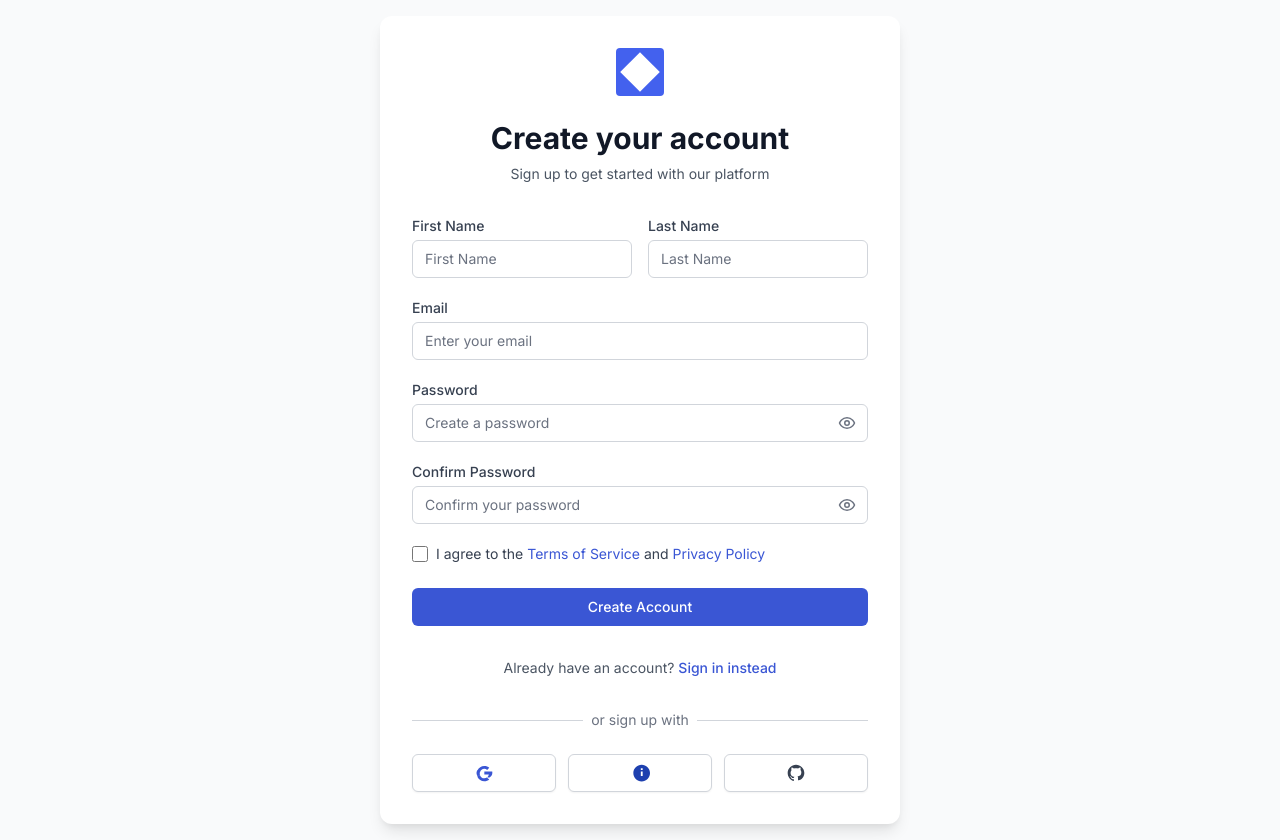
Repository: StoyanStoyanov1/DHS-Team
Page: /auth/register (app in dhs-admin-panel/)
An editor plug-in stored every save of this project. The page is shown before and after the next save, followed by the edit.
The browser window is 1280 px wide. The pictures show the whole page.
The project was rebuilt for these pictures with package versions that can differ from the ones it lists, and the page was loaded fresh each time. The framework's server and built-in components were replaced by stand-ins that run in the browser. Also part of the build but not shown: dhs-admin-panel/next.config.ts, dhs-admin-panel/src/app/components/SearchBar.tsx, dhs-admin-panel/src/app/components/Header.tsx, dhs-admin-panel/src/app/components/NavItem.tsx, dhs-admin-panel/src/app/components/Sidebar.tsx.

Above is the page before, as saved 2025-04-23 08:42:45.

### dhs-admin-panel/src/app/layout.tsx
import type { Metadata } from 'next';
import { Inter } from 'next/font/google';
import './globals.css';
import DashboardLayout from './components/Layout';

const inter = Inter({ subsets: ['latin'] });

export const metadata: Metadata = {
    title: 'Admin Dashboard',
    description: 'NextJS Admin Dashboard',
};

export default function RootLayout({
                                       children,
                                   }: {
    children: React.ReactNode
}) {
    return (
        <html lang="en">
        <body className={inter.className}>
        <DashboardLayout>
            {children}
        </DashboardLayout>
        </body>
        </html>
    );
}

### dhs-admin-panel/src/app/auth/register/page.tsx
'use client';

import React, { useState } from 'react';
import { useRouter } from 'next/navigation';
import { Eye, EyeOff } from 'lucide-react';
import Link from 'next/link';

export default function RegisterPage() {
    const router = useRouter();
    const [showPassword, setShowPassword] = useState(false);
    const [showConfirmPassword, setShowConfirmPassword] = useState(false);

    return (
        <div className="auth-page-container min-h-screen flex items-center justify-center bg-gray-50 p-4">
            <div className="max-w-md w-full space-y-8 p-8 bg-white rounded-xl shadow-lg">
                <div className="text-center">
                    <div className="flex justify-center">
                        <div className="h-12 w-12 rounded bg-blue-500 flex items-center justify-center">
                            <div className="w-7 h-7 bg-white transform rotate-45"></div>
                        </div>
                    </div>
                    <h2 className="mt-6 text-3xl font-bold text-gray-900">
                        Create your account
                    </h2>
                    <p className="mt-2 text-sm text-gray-600">
                        Sign up to get started with our platform
                    </p>
                </div>

                <form className="mt-8 space-y-6">
                    <div className="space-y-5">
                        <div className="grid grid-cols-2 gap-4">
                            <div>
                                <label htmlFor="firstName" className="block text-sm font-medium text-gray-700 mb-1">
                                    First Name
                                </label>
                                <input
                                    id="firstName"
                                    name="firstName"
                                    type="text"
                                    required
                                    className="appearance-none relative block w-full px-3 py-2 border border-gray-300 placeholder-gray-500 text-gray-900 rounded-md focus:outline-none focus:ring-blue-500 focus:border-blue-500 sm:text-sm"
                                    placeholder="First Name"
                                />
                            </div>
                            <div>
                                <label htmlFor="lastName" className="block text-sm font-medium text-gray-700 mb-1">
                                    Last Name
                                </label>
                                <input
                                    id="lastName"
                                    name="lastName"
                                    type="text"
                                    required
                                    className="appearance-none relative block w-full px-3 py-2 border border-gray-300 placeholder-gray-500 text-gray-900 rounded-md focus:outline-none focus:ring-blue-500 focus:border-blue-500 sm:text-sm"
                                    placeholder="Last Name"
                                />
                            </div>
                        </div>

                        <div>
                            <label htmlFor="email" className="block text-sm font-medium text-gray-700 mb-1">
                                Email
                            </label>
                            <input
                                id="email"
                                name="email"
                                type="email"
                                required
                                className="appearance-none relative block w-full px-3 py-2 border border-gray-300 placeholder-gray-500 text-gray-900 rounded-md focus:outline-none focus:ring-blue-500 focus:border-blue-500 sm:text-sm"
                                placeholder="Enter your email"
                            />
                        </div>

                        <div>
                            <label htmlFor="password" className="block text-sm font-medium text-gray-700 mb-1">
                                Password
                            </label>
                            <div className="relative">
                                <input
                                    id="password"
                                    name="password"
                                    type={showPassword ? "text" : "password"}
                                    required
                                    className="appearance-none relative block w-full px-3 py-2 border border-gray-300 placeholder-gray-500 text-gray-900 rounded-md focus:outline-none focus:ring-blue-500 focus:border-blue-500 sm:text-sm"
                                    placeholder="Create a password"
                                />
                                <button
                                    type="button"
                                    className="absolute inset-y-0 right-0 pr-3 flex items-center text-gray-500 cursor-pointer"
                                    onClick={() => setShowPassword(!showPassword)}
                                >
                                    {showPassword ? <EyeOff size={18} /> : <Eye size={18} />}
                                </button>
                            </div>
                        </div>

                        <div>
                            <label htmlFor="confirmPassword" className="block text-sm font-medium text-gray-700 mb-1">
                                Confirm Password
                            </label>
                            <div className="relative">
                                <input
                                    id="confirmPassword"
                                    name="confirmPassword"
                                    type={showConfirmPassword ? "text" : "password"}
                                    required
                                    className="appearance-none relative block w-full px-3 py-2 border border-gray-300 placeholder-gray-500 text-gray-900 rounded-md focus:outline-none focus:ring-blue-500 focus:border-blue-500 sm:text-sm"
                                    placeholder="Confirm your password"
                                />
                                <button
                                    type="button"
                                    className="absolute inset-y-0 right-0 pr-3 flex items-center text-gray-500 cursor-pointer"
                                    onClick={() => setShowConfirmPassword(!showConfirmPassword)}
                                >
                                    {showConfirmPassword ? <EyeOff size={18} /> : <Eye size={18} />}
                                </button>
                            </div>
                        </div>

                        <div className="flex items-center">
                            <input
                                id="terms"
                                name="terms"
                                type="checkbox"
                                required
                                className="h-4 w-4 text-blue-600 focus:ring-blue-500 border-gray-300 rounded"
                            />
                            <label htmlFor="terms" className="ml-2 block text-sm text-gray-700">
                                I agree to the <a href="#" className="text-blue-600 hover:text-blue-500">Terms of Service</a> and <a href="#" className="text-blue-600 hover:text-blue-500">Privacy Policy</a>
                            </label>
                        </div>
                    </div>

                    <button
                        type="submit"
                        className="group relative w-full flex justify-center py-2 px-4 border border-transparent text-sm font-medium rounded-md text-white bg-blue-600 hover:bg-blue-700 focus:outline-none focus:ring-2 focus:ring-offset-2 focus:ring-blue-500"
                    >
                        Create Account
                    </button>
                </form>

                <div className="mt-6 text-center">
                    <p className="text-sm text-gray-600">
                        Already have an account? {' '}
                        <Link href="/auth/login" className="font-medium text-blue-600 hover:text-blue-500">
                            Sign in instead
                        </Link>
                    </p>
                </div>

                <div className="mt-6">
                    <div className="relative">
                        <div className="absolute inset-0 flex items-center">
                            <div className="w-full border-t border-gray-300"></div>
                        </div>
                        <div className="relative flex justify-center text-sm">
                            <span className="px-2 bg-white text-gray-500">
                                or sign up with
                            </span>
                        </div>
                    </div>

                    <div className="mt-6 grid grid-cols-3 gap-3">
                        <button
                            type="button"
                            className="w-full inline-flex justify-center py-2 px-4 border border-gray-300 rounded-md shadow-sm bg-white text-sm font-medium text-gray-500 hover:bg-gray-50"
                        >
                            <svg className="h-5 w-5 text-blue-600" fill="currentColor" viewBox="0 0 24 24" aria-hidden="true">
                                <path d="M22,12.1c0-0.6,0-1.3-0.1-1.9h-9.5v3.7h5.4c-0.2,1.4-1,2.6-2,3.4l0,0.2h2.9C20.9,15.9,22,14.2,22,12.1z" />
                                <path d="M12.3,22c2.4,0,4.5-0.8,6-2.2l-2.9-2.3c-0.8,0.5-1.9,0.9-3.1,0.9c-2.4,0-4.4-1.6-5.1-3.8H4.2v2.3C5.7,19.9,8.8,22,12.3,22z" />
                                <path d="M7.2,14.6c-0.2-0.6-0.3-1.2-0.3-1.9c0-0.7,0.1-1.3,0.3-1.9V8.5H4.2C3.4,9.6,3,10.8,3,12.1s0.4,2.5,1.2,3.6L7.2,14.6z" />
                                <path d="M12.3,7c1.4,0,2.6,0.5,3.5,1.3l0,0l2.5-2.5l0,0C16.9,4.5,14.8,3.7,12.3,3.7c-3.5,0-6.6,2.1-8.1,5.1l3,2.3C7.9,8.6,10,7,12.3,7z" />
                            </svg>
                        </button>

                        <button
                            type="button"
                            className="w-full inline-flex justify-center py-2 px-4 border border-gray-300 rounded-md shadow-sm bg-white text-sm font-medium text-gray-500 hover:bg-gray-50"
                        >
                            <svg className="h-5 w-5 text-blue-800" fill="currentColor" viewBox="0 0 24 24" aria-hidden="true">
                                <path d="M24,12.1c0,5.5-4.5,10-10,10S4,17.6,4,12.1C4,6.6,8.5,2.1,14,2.1S24,6.6,24,12.1z M13,8.3h2.2v-2h-2.2v2z M13,15.5h2.2v-5.4H13V15.5z" />
                            </svg>
                        </button>

                        <button
                            type="button"
                            className="w-full inline-flex justify-center py-2 px-4 border border-gray-300 rounded-md shadow-sm bg-white text-sm font-medium text-gray-500 hover:bg-gray-50"
                        >
                            <svg className="h-5 w-5 text-gray-700" fill="currentColor" viewBox="0 0 24 24" aria-hidden="true">
                                <path fillRule="evenodd" d="M12,2.1c-5.5,0-10,4.5-10,10c0,4.4,2.9,8.2,6.8,9.5c0.5,0.1,0.7-0.2,0.7-0.5c0-0.2,0-0.9,0-1.7c-2.8,0.6-3.4-1.3-3.4-1.3C5.7,17,5,16.6,5,16.6c-0.9-0.6,0.1-0.6,0.1-0.6c1,0.1,1.5,1,1.5,1c0.9,1.5,2.3,1.1,2.9,0.8c0.1-0.6,0.3-1.1,0.6-1.3c-2.2-0.3-4.6-1.1-4.6-4.9c0-1.1,0.4-2,1-2.7C6.5,8.1,6.2,7,6.7,5.5c0,0,0.8-0.3,2.8,1c0.8-0.2,1.7-0.3,2.5-0.3s1.7,0.1,2.5,0.3c1.9-1.3,2.8-1,2.8-1c0.5,1.4,0.2,2.5,0.1,2.8c0.6,0.7,1,1.6,1,2.7c0,3.8-2.3,4.7-4.6,4.9c0.3,0.3,0.6,0.9,0.6,1.8c0,1.3,0,2.3,0,2.6c0,0.3,0.2,0.6,0.7,0.5C19.1,20.3,22,16.5,22,12.1C22,6.6,17.5,2.1,12,2.1z" clipRule="evenodd" />
                            </svg>
                        </button>
                    </div>
                </div>
            </div>
        </div>
    );
}

### dhs-admin-panel/src/app/globals.css
@tailwind base;
@tailwind components;
@tailwind utilities;

:root {
  --background: #ffffff;
  --foreground: #171717;
}

@theme inline {
  --color-background: var(--background);
  --color-foreground: var(--foreground);
  --font-sans: var(--font-geist-sans);
  --font-mono: var(--font-geist-mono);
}

@media (prefers-color-scheme: dark) {
  :root {
    --background: #0a0a0a;
    --foreground: #ededed;
  }
}

html, body {
  background: var(--background);
  color: var(--foreground);
  font-family: Arial, Helvetica, sans-serif;
  height: 100%;
  width: 100%;
  margin: 0;
  padding: 0;
}

.auth-page-container {
  min-height: 100vh;
  display: flex;
  flex-direction: column;
}

/* Максимална широчина на контейнера за auth страниците */
.auth-page-container > div {
  max-width: 480px;
  width: 100%;
}

/* Адаптивност при по-големи екрани */
@media (min-width: 1280px) {
  .auth-page-container > div {
    max-width: 520px;
  }
}

@media (min-width: 1536px) {
  .auth-page-container > div {
    max-width: 580px;
  }
}

### dhs-admin-panel/src/app/components/Layout.tsx
'use client';

import { useState, ReactNode } from 'react';
import { usePathname } from 'next/navigation';
import Header from './Header';
import Sidebar from './Sidebar';

interface DashboardLayoutProps {
    children: ReactNode;
}

const Layout: React.FC<DashboardLayoutProps> = ({ children }) => {
    const [activeSection, setActiveSection] = useState<string>('dashboards');
    const [isSidebarCollapsed, setIsSidebarCollapsed] = useState(false);
    const pathname = usePathname();

    const isAuthPage = pathname?.startsWith('/auth');

    if (isAuthPage) {
        return <>{children}</>;
    }

    return (
        <div className="flex h-screen bg-gray-50">
            <Sidebar
                activeSection={activeSection}
                setActiveSection={setActiveSection}
                isCollapsed={isSidebarCollapsed}
                toggleCollapse={() => setIsSidebarCollapsed(!isSidebarCollapsed)}
            />

            <div className="flex-1">
                <Header />

                <main className="p-6 mx-auto w-full">
                    <div className="max-w-7xl mx-auto w-full">
                        {children}
                    </div>
                </main>
            </div>
        </div>
    );
};

export default Layout;

### dhs-admin-panel/tailwind.config.js
/** @type {import('tailwindcss').Config} */
module.exports = {
    content: [
        './src/components/**/*.{js,ts,jsx,tsx,mdx}',
        './src/app/**/*.{js,ts,jsx,tsx,mdx}',
    ],
    theme: {
        extend: {
            colors: {
                blue: {
                    50: '#eff6ff',
                    100: '#dbeafe',
                    200: '#bfdbfe',
                    300: '#93c5fd',
                    400: '#60a5fa',
                    500: '#4361ee',
                    600: '#3a56d4',
                    700: '#1d4ed8',
                    800: '#1e40af',
                    900: '#1e3a8a',
                    950: '#172554',
                },
                gray: {
                    50: '#f9fafb',
                    100: '#f3f4f6',
                    200: '#e5e7eb',
                    300: '#d1d5db',
                    400: '#9ca3af',
                    500: '#6b7280',
                    600: '#4b5563',
                    700: '#374151',
                    800: '#1f2937',
                    900: '#111827',
                    950: '#030712',
                },
                purple: {
                    50: '#faf5ff',
                    100: '#f3e8ff',
                    500: '#8b5cf6',
                    600: '#7c3aed',
                },
                green: {
                    50: '#f0fdf4',
                    100: '#dcfce7',
                    500: '#22c55e',
                    600: '#16a34a',
                },
                red: {
                    50: '#fef2f2',
                    100: '#fee2e2',
                    500: '#ef4444',
                    600: '#dc2626',
                },
                yellow: {
                    50: '#fffbeb',
                    100: '#fef3c7',
                    500: '#eab308',
                    600: '#ca8a04',
                },
            },
            boxShadow: {
                'sm': '0 1px 2px 0 rgba(0, 0, 0, 0.05)',
                'DEFAULT': '0 1px 3px 0 rgba(0, 0, 0, 0.1), 0 1px 2px 0 rgba(0, 0, 0, 0.06)',
                'md': '0 4px 6px -1px rgba(0, 0, 0, 0.1), 0 2px 4px -1px rgba(0, 0, 0, 0.06)',
                'lg': '0 10px 15px -3px rgba(0, 0, 0, 0.1), 0 4px 6px -2px rgba(0, 0, 0, 0.05)',
                'xl': '0 20px 25px -5px rgba(0, 0, 0, 0.1), 0 10px 10px -5px rgba(0, 0, 0, 0.04)',
            },
            borderRadius: {
                'lg': '0.625rem',
                'xl': '0.75rem',
                '2xl': '1rem',
            },
            animation: {
                'fade-in': 'fade-in 0.3s ease-in-out',
                'slide-in': 'slide-in 0.3s ease-in-out',
            },
            keyframes: {
                'fade-in': {
                    '0%': { opacity: '0' },
                    '100%': { opacity: '1' },
                },
                'slide-in': {
                    '0%': { transform: 'translateX(-10px)', opacity: '0' },
                    '100%': { transform: 'translateX(0)', opacity: '1' },
                },
            },
            transitionDuration: {
                '400': '400ms',
            }
        },
    },
    plugins: [],
}

After the next save:
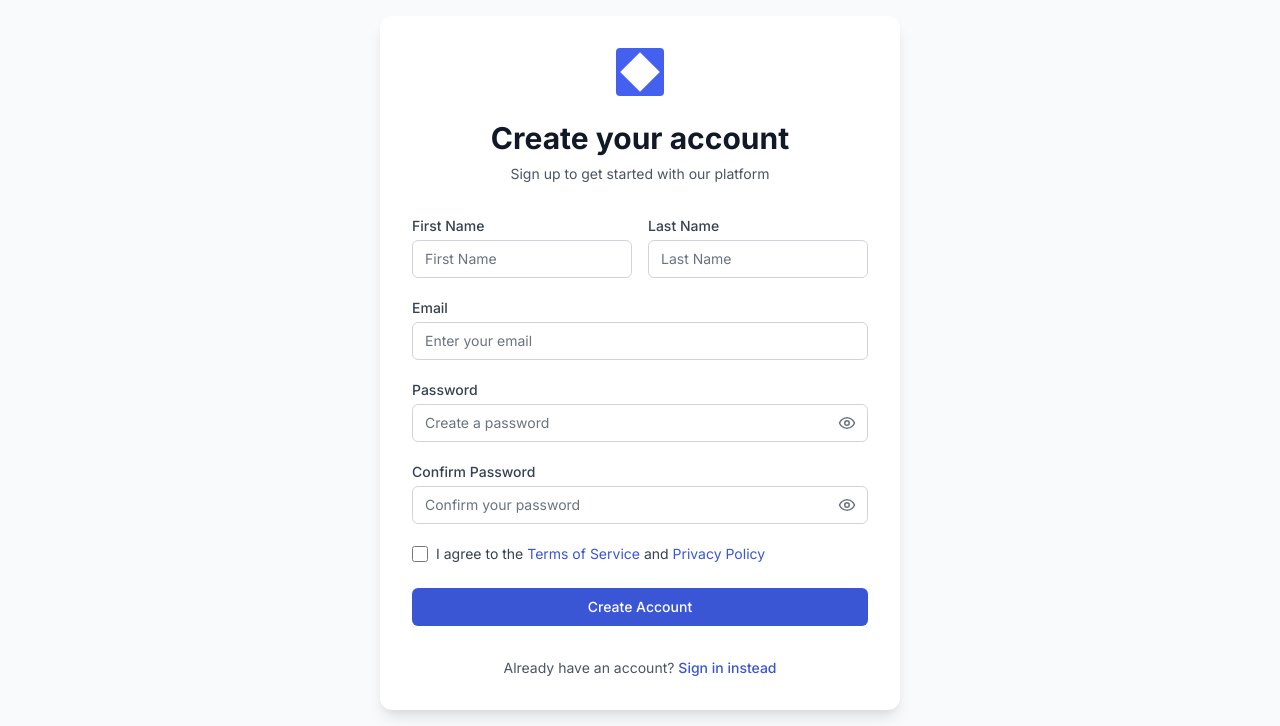
Saved 64 s later.
--- a/dhs-admin-panel/src/app/auth/register/page.tsx
+++ b/dhs-admin-panel/src/app/auth/register/page.tsx
@@ -12,7 +12,7 @@ export default function RegisterPage() {
 
     return (
         <div className="auth-page-container min-h-screen flex items-center justify-center bg-gray-50 p-4">
-            <div className="max-w-md w-full space-y-8 p-8 bg-white rounded-xl shadow-lg">
+            <div className="w-full space-y-8 p-8 bg-white rounded-xl shadow-lg">
                 <div className="text-center">
                     <div className="flex justify-center">
                         <div className="h-12 w-12 rounded bg-blue-500 flex items-center justify-center">
@@ -148,51 +148,6 @@ export default function RegisterPage() {
                         </Link>
                     </p>
                 </div>
-
-                <div className="mt-6">
-                    <div className="relative">
-                        <div className="absolute inset-0 flex items-center">
-                            <div className="w-full border-t border-gray-300"></div>
-                        </div>
-                        <div className="relative flex justify-center text-sm">
-                            <span className="px-2 bg-white text-gray-500">
-                                or sign up with
-                            </span>
-                        </div>
-                    </div>
-
-                    <div className="mt-6 grid grid-cols-3 gap-3">
-                        <button
-                            type="button"
-                            className="w-full inline-flex justify-center py-2 px-4 border border-gray-300 rounded-md shadow-sm bg-white text-sm font-medium text-gray-500 hover:bg-gray-50"
-                        >
-                            <svg className="h-5 w-5 text-blue-600" fill="currentColor" viewBox="0 0 24 24" aria-hidden="true">
-                                <path d="M22,12.1c0-0.6,0-1.3-0.1-1.9h-9.5v3.7h5.4c-0.2,1.4-1,2.6-2,3.4l0,0.2h2.9C20.9,15.9,22,14.2,22,12.1z" />
-                                <path d="M12.3,22c2.4,0,4.5-0.8,6-2.2l-2.9-2.3c-0.8,0.5-1.9,0.9-3.1,0.9c-2.4,0-4.4-1.6-5.1-3.8H4.2v2.3C5.7,19.9,8.8,22,12.3,22z" />
-                                <path d="M7.2,14.6c-0.2-0.6-0.3-1.2-0.3-1.9c0-0.7,0.1-1.3,0.3-1.9V8.5H4.2C3.4,9.6,3,10.8,3,12.1s0.4,2.5,1.2,3.6L7.2,14.6z" />
-                                <path d="M12.3,7c1.4,0,2.6,0.5,3.5,1.3l0,0l2.5-2.5l0,0C16.9,4.5,14.8,3.7,12.3,3.7c-3.5,0-6.6,2.1-8.1,5.1l3,2.3C7.9,8.6,10,7,12.3,7z" />
-                            </svg>
-                        </button>
-
-                        <button
-                            type="button"
-                            className="w-full inline-flex justify-center py-2 px-4 border border-gray-300 rounded-md shadow-sm bg-white text-sm font-medium text-gray-500 hover:bg-gray-50"
-                        >
-                            <svg className="h-5 w-5 text-blue-800" fill="currentColor" viewBox="0 0 24 24" aria-hidden="true">
-                                <path d="M24,12.1c0,5.5-4.5,10-10,10S4,17.6,4,12.1C4,6.6,8.5,2.1,14,2.1S24,6.6,24,12.1z M13,8.3h2.2v-2h-2.2v2z M13,15.5h2.2v-5.4H13V15.5z" />
-                            </svg>
-                        </button>
-
-                        <button
-                            type="button"
-                            className="w-full inline-flex justify-center py-2 px-4 border border-gray-300 rounded-md shadow-sm bg-white text-sm font-medium text-gray-500 hover:bg-gray-50"
-                        >
-                            <svg className="h-5 w-5 text-gray-700" fill="currentColor" viewBox="0 0 24 24" aria-hidden="true">
-                                <path fillRule="evenodd" d="M12,2.1c-5.5,0-10,4.5-10,10c0,4.4,2.9,8.2,6.8,9.5c0.5,0.1,0.7-0.2,0.7-0.5c0-0.2,0-0.9,0-1.7c-2.8,0.6-3.4-1.3-3.4-1.3C5.7,17,5,16.6,5,16.6c-0.9-0.6,0.1-0.6,0.1-0.6c1,0.1,1.5,1,1.5,1c0.9,1.5,2.3,1.1,2.9,0.8c0.1-0.6,0.3-1.1,0.6-1.3c-2.2-0.3-4.6-1.1-4.6-4.9c0-1.1,0.4-2,1-2.7C6.5,8.1,6.2,7,6.7,5.5c0,0,0.8-0.3,2.8,1c0.8-0.2,1.7-0.3,2.5-0.3s1.7,0.1,2.5,0.3c1.9-1.3,2.8-1,2.8-1c0.5,1.4,0.2,2.5,0.1,2.8c0.6,0.7,1,1.6,1,2.7c0,3.8-2.3,4.7-4.6,4.9c0.3,0.3,0.6,0.9,0.6,1.8c0,1.3,0,2.3,0,2.6c0,0.3,0.2,0.6,0.7,0.5C19.1,20.3,22,16.5,22,12.1C22,6.6,17.5,2.1,12,2.1z" clipRule="evenodd" />
-                            </svg>
-                        </button>
-                    </div>
-                </div>
             </div>
         </div>
     );
